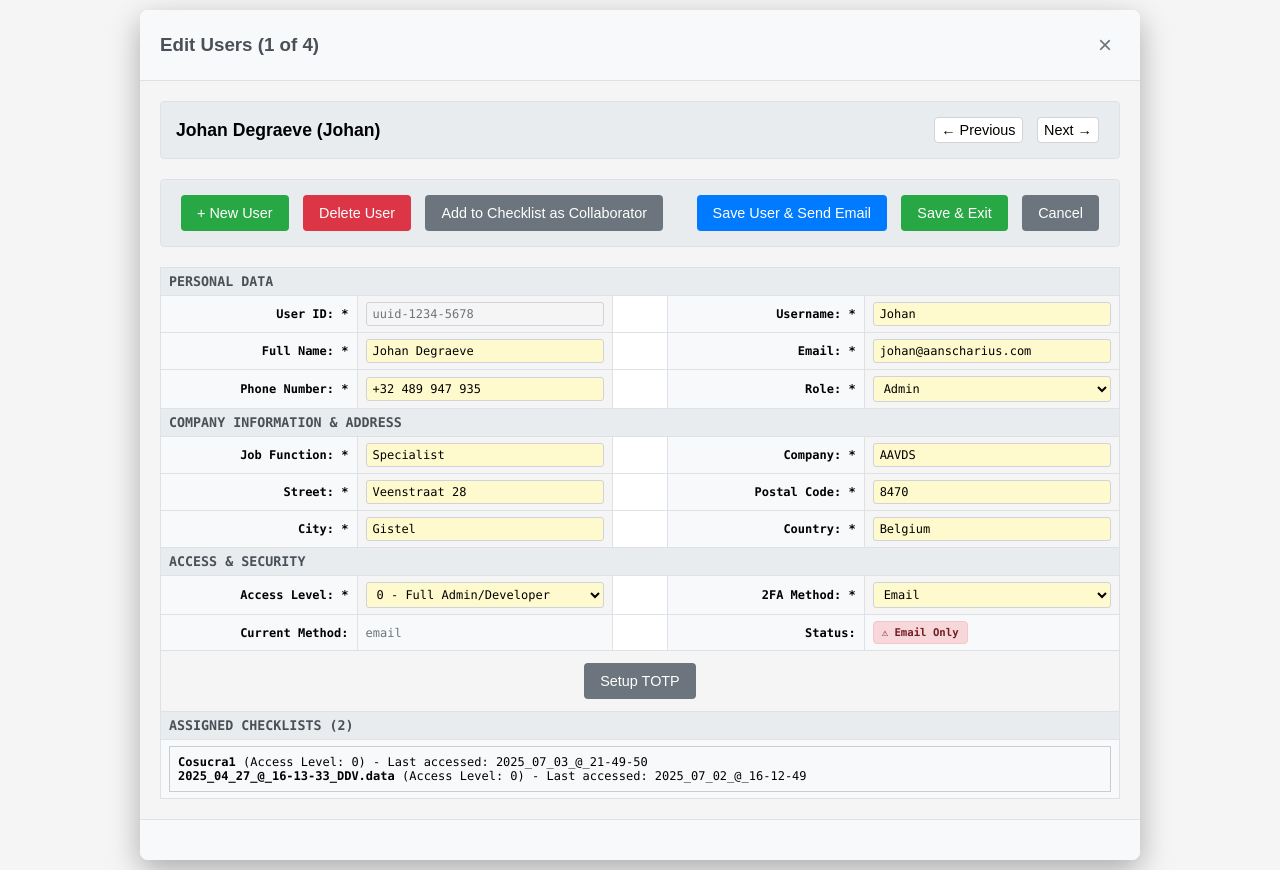
Repository: jeedee23/checklistrepo
Page: checklists/user-management-demo.html
An editor plug-in stored every save of this project. The page is shown before and after the next save, followed by the edit.
The browser window is 1280 px wide. The pictures show the whole page.

Above is the page before, as saved 2025-07-04 14:17:37.

After the next save:
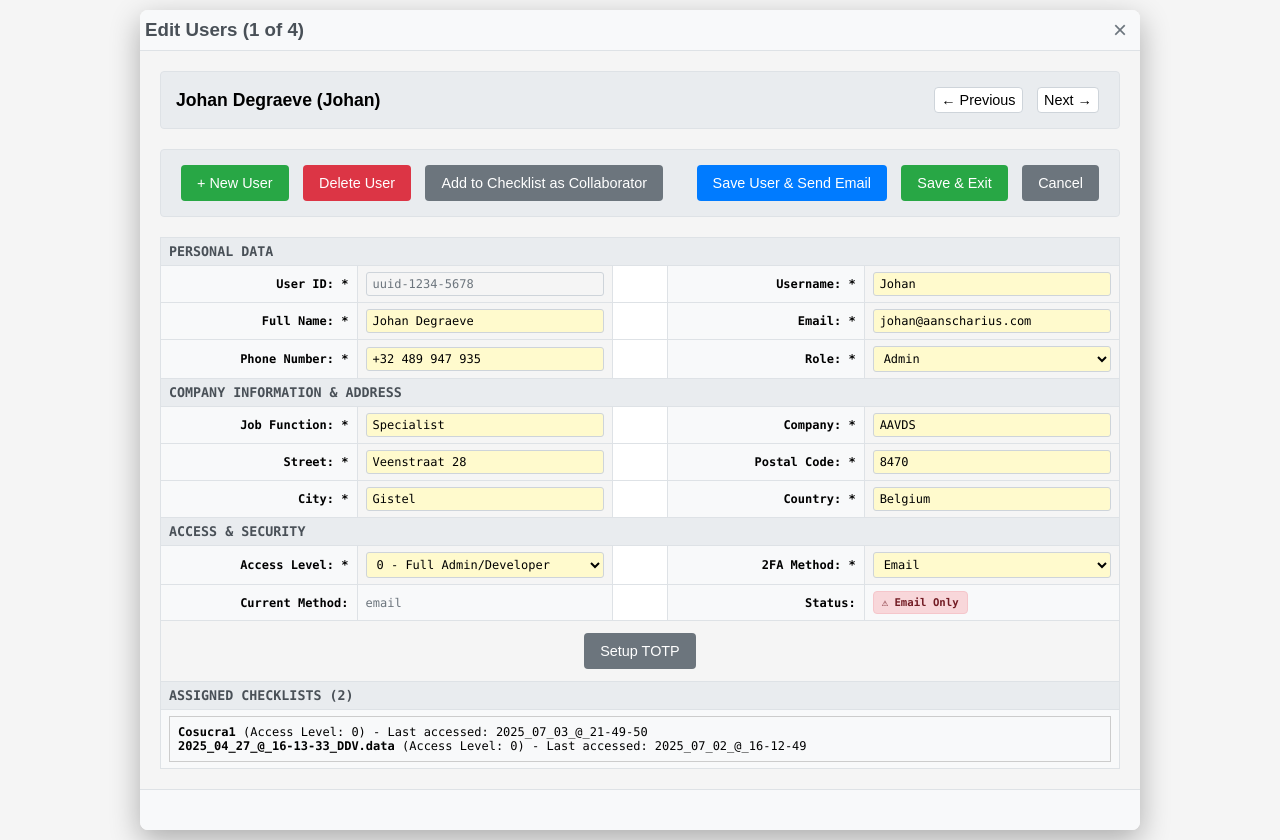
Saved 53 s later.
--- a/checklists/user-management-demo.html
+++ b/checklists/user-management-demo.html
@@ -23,7 +23,7 @@
         }
 
         .modal-header {
-            padding: 20px;
+            padding: 5px;
             border-bottom: 1px solid #dee2e6;
             display: flex;
             justify-content: space-between;
